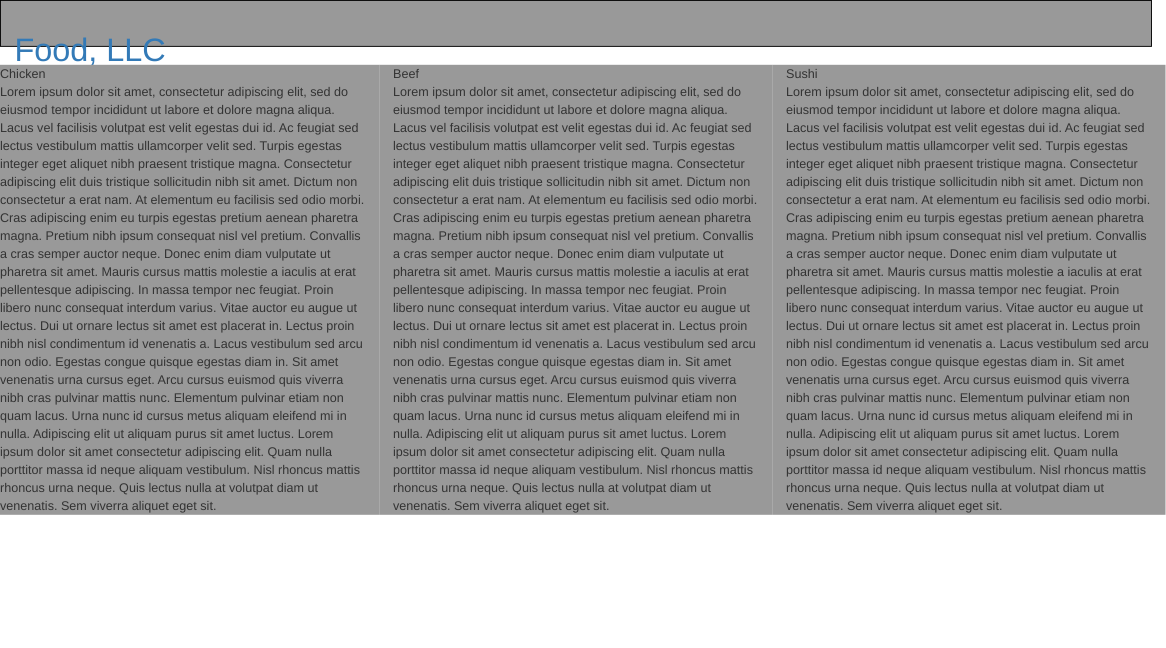
Repository: Cynthia-woo/coursera_frontend_JHU
Page: module3-solution/index.html
The author's editor kept a copy of each file at every save. The page is drawn from the files as they stood at one save, then again after the next save.
The browser window is 1280 px wide. The page is 1295 px wide, so the pictures cover 1295 px, including what lies to the right of the window. The pictures show the whole page, at 90% of full size.

Above is the page before, as saved 2024-04-20 02:40:12.

After the next save:
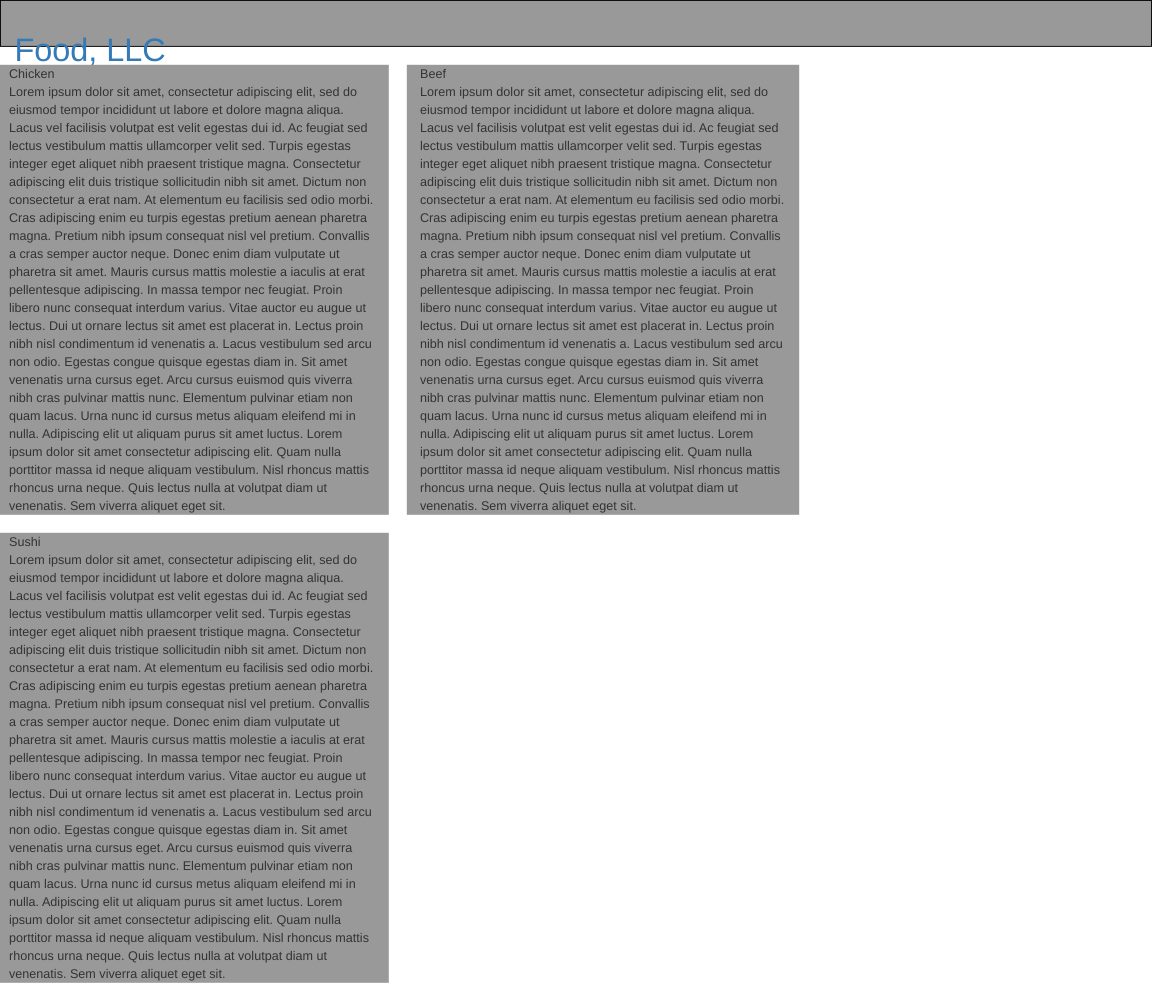
Saved 30 s later.
--- a/module3-solution/css/styles.css
+++ b/module3-solution/css/styles.css
@@ -11,5 +11,6 @@
 
 
 .col-md-4, .col-sm-6, .col-xs-12 {
+    margin: 0 10px 20px;
     background-color: #999;
 }
